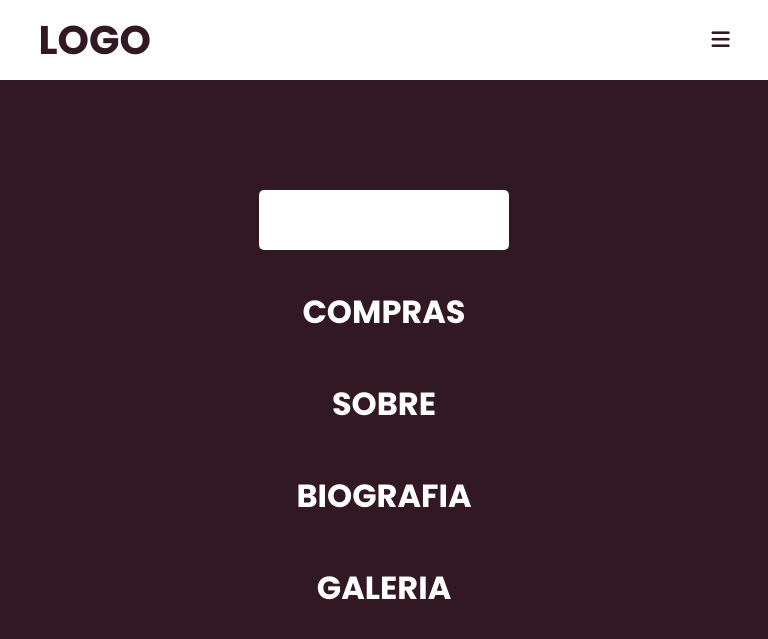
Repository: Matheus904-12/Teste
Page: teste.html
An editor plug-in stored every save of this project. The page is shown before and after a run of saves, followed by the edit.
The browser window is 768 px wide. The pictures show the whole page.
The pointer rests on the first visible `header nav .menu li a`.
Some web libraries are served in a nearby version.

Above is the page before, as saved 2023-11-01 10:26:33.

### teste.html
<!DOCTYPE html>
<html lang="en">
<head>
    <meta charset="UTF-8">
    <meta name="viewport" content="width=device-width, initial-scale=1.0">
    <title>Document</title>
    <link rel="stylesheet" href="css.css">
    <link rel="stylesheet" href="https://cdnjs.cloudflare.com/ajax/libs/font-awesome/6.4.0/css/all.min.css">
    <script src="https://cdn.jsdelivr.net/npm/gsap@3.12.2/dist/gsap.min.js"></script>
</head>
<body>
    <header>
        <div class="logo">
            Logo
        </div>
        <nav>
            <ul class="menu">
                <li><a href="#">Início</a></li>
                <li><a href="#">Compras</a></li>
                <li><a href="#">Sobre</a></li>
                <li><a href="#">Biografia</a></li>
                <li><a href="#">Galeria</a></li>
            </ul>
            <i class="fa-solid fa-bars" id="toggle"></i>
        </nav>
    </header>
</body>
</html>

### css.css
@import url('https://fonts.googleapis.com/css?family=Poppins:ital,wght@0,100;0,200;0,300;0,400;0,500;0,600;0,700;0,800;0,900;1,100;1,200;1,300;1,400;1,500;1,600;1,700;1,800;1,900&display=swap');

*{
    margin: 0;
    padding: 0;
    box-sizing: border-box;
    list-style: none;
    text-decoration: none;
    font-family: "Poppins", sans-serif;
}

body {
    min-height: 100vh;
    min-width: 400px;
    overflow: hidden;
}

header {
    display: flex;
    align-items: center;
    justify-content: flex-end;
    width: 100%;
    height: 80px;
    padding: 0 5%;
    color: #311822;
    font-size: 18px;
}

header .logo {
    color:#311822;
    font-size: 2.5rem;
    font-weight: 700;
    text-transform: uppercase;
    margin-right: auto;
}

header nav {
    display: flex;
    align-items: center;
}

header nav .menu {
    display: flex;
    align-items:center;
}

header nav .menu li a {
    position: relative;
    color:#311822;
    font-size: 1rem;
    font-weight: 600;
    margin-left: 40px;
    border-radius: 0.4rem;
    transition: color 0.4s ease;
}

header nav .menu li a:hover {
    color: #fff
}

header nav #toggle {
    font-size: 1.3rem;
    margin-left: 80px;
    cursor: pointer;
}

@media (max-width:800px) {
    .home {
        min-width: 390px;
    }
    .home h1 {
        margin-top: 5px;
        font-size: 4rem;
        font-weight: 700;
    }
    .home h2 {
        margin-top: 10px;
    }
    header nav .menu{
        flex-direction: column;
        row-gap: 2rem;
        position: absolute;
        left: -00%;
        top: 80px;
        width: 100%;
        padding-top: 110px;
        background: #311822;
        height: calc(100vh - 80px);
        z-index: 10;
        transition: left 0.4s ease;
    }
    header nav .menu li a {
        margin-left: unset;
        font-size: 2rem;
        font-weight: 700;
        text-transform: uppercase;
        color: #ffffff;
        width: 250px;
        height: 60px;
        line-height: 60px;
        display: block;
        text-align: center;
        border-radius: 5px;
        transition: 0.25s ease;
    }
    header nav .menu li a:hover {
        background: #ffffff;
    }
}

After the next 5 saves:
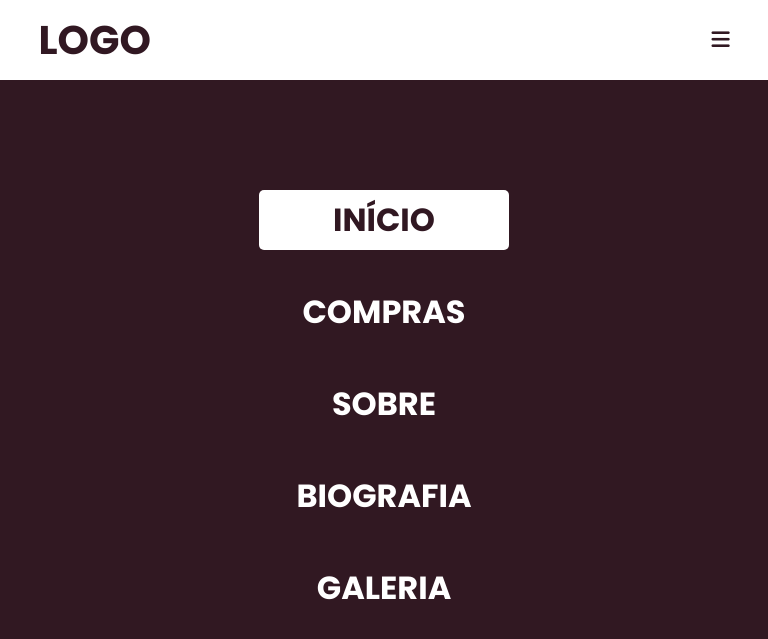
The 5 saves are shown as one change because they came seconds apart.
The last was saved 15 s later.
--- a/css.css
+++ b/css.css
@@ -105,5 +105,6 @@ header nav #toggle {
     }
     header nav .menu li a:hover {
         background: #ffffff;
+        color: #311822
     }
 }
